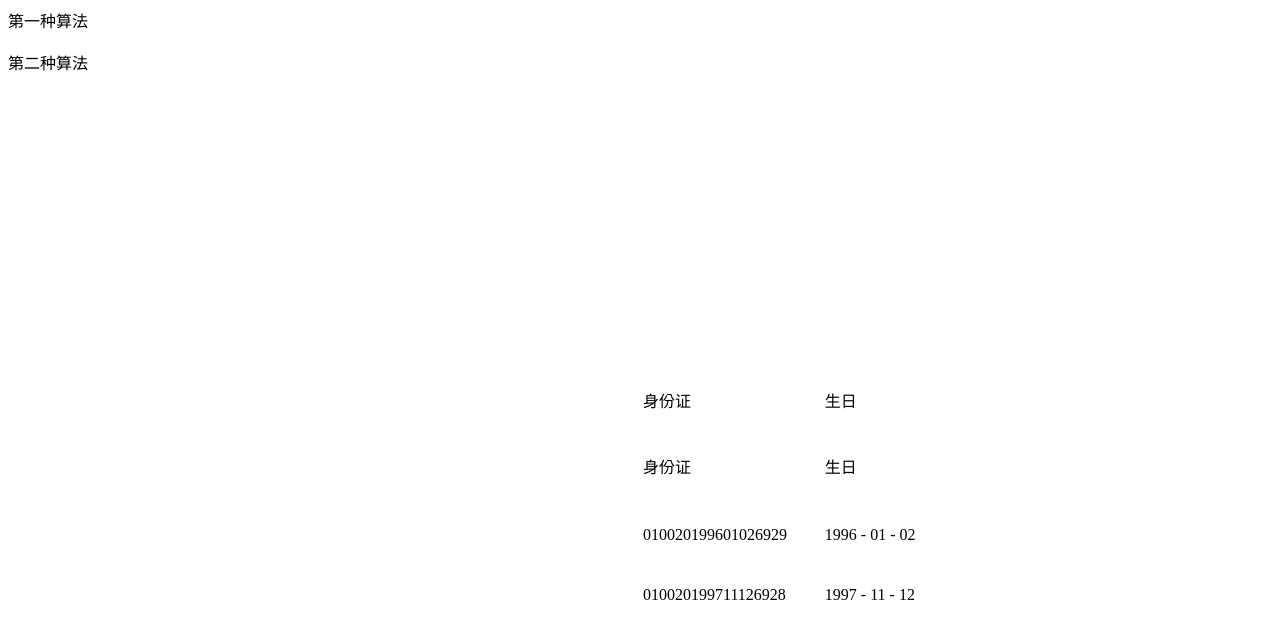
Repository: Fuhai-Chen/javaweb
Page: http://localhost/Chapter_3/transBirthday.jsp
The author's editor kept a copy of each file at every save. The page is drawn from the files as they stood at one save, then again after a run of saves.
The browser window is 1280 px wide. The pictures show the whole page.
The page is served by Tomcat 9.

Above is the page before, as saved 2020-09-20 06:23:04.

### Chapter_3/WebRoot/transBirthday.jsp
<%@ page language="java" import="java.util.*" pageEncoding="UTF-8"%>
<%
String path = request.getContextPath();
String basePath = request.getScheme()+"://"+request.getServerName()+":"+request.getServerPort()+path+"/";
%>

<!DOCTYPE HTML PUBLIC "-//W3C//DTD HTML 4.01 Transitional//EN">
<html>
  <head>
    <base href="<%=basePath%>">

    <style type="text/css">
    	.tb1,.tb2{
    		border:1;
    		background: #fff;
    		position: absolute;
    	 	left:50%;
    	 	top:50%;
    	 	width:300px;
    	 	height:200px;
    	}
    	.tb2{
    		position: relative;
    		left:50%;
    		top:50%
    	}
    </style>

    <title>身份证转生日页面</title>

	<meta http-equiv="pragma" content="no-cache">
	<meta http-equiv="cache-control" content="no-cache">
	<meta http-equiv="expires" content="0">
	<meta http-equiv="keywords" content="keyword1,keyword2,keyword3">
	<meta http-equiv="description" content="This is my page">
	<!--
	<link rel="stylesheet" type="text/css" href="styles.css">
	-->

  </head>

  <body>
  第一种算法<br>
  	<!-- 编写思路：
  			1、使用String数组存储id数据。
  			2、分别对数据调用substring()方法。
  			3、利用<tabel>表单构建表格显示文字。
  	 -->
  	 <!-- 这里调用了Scriptlet（脚本代码段） -->
  	 <% String id [] = {"010020199601026929","010020199711126928"}; %>
  	 <table class = "tb1">
  	 	<tr>
  	 		<td>身份证</td>
  	 		<td>生日</td>
  	 	</tr>

  	 	<tr>
  	 		<td>
  	 			<%= id[0] %>
  	 		</td>
  	 		<!--
  	 			substring()方法: 返回字符串的子字符串
  	 			(可理解为python的数组切片，但只能用于单个字符串类型数据)注意S是小写
  	 			语法：

  	 			public String substring (int beginIndex)
  	 			or
  	 			public String substring (int beginIndex, int endIndex)
  	 			beginIndex起始索引，从0开始；endIndex结束索引，不包括该值。
  	 		 -->
			<td>
				<!-- 这里调用了表达式 -->
				<%= id[0].substring(6,10)  %> - <%= id[0].substring(10,12) %> - <%= id[0].substring(12,14) %>
			</td>
  	 	</tr>

  	 	<tr>
  	 		<td>
  	 			<%= id[1] %>
  	 		</td>
  	 		<td>
  	 			<%= id[1].substring(6,10)  %> - <%= id[1].substring(10,12) %> - <%= id[1].substring(12,14) %>
  	 		</td>
  	 	</tr>
  	 </table>

  	 <br>
  	 	第二种算法<br>
  	 	<!-- 使用for循环来遍历数组执行显示操作，更适合实际应用(修订日期：9.20) -->
  	 <table class = "tb2">
  	 	<tr>
  	 		<td>身份证</td>
  	 		<td>生日</td>
  	 	</tr>
  	 	<!-- For loop call -->
  	 <% for(int i = 0; i < id.length; i ++){ %>
  	 	<tr>
  	 		<td>
  	 			<%= id[i] %>
  	 		</td>
  	 		<td>
  	 			<%= id[i].substring(6,10)  %> - <%= id[i].substring(10,12) %> - <%= id[i].substring(12,14) %>
  	 		</td>

  	 	</tr>
  	 	<%} %>

  	 </table>
  </body>
</html>

After the next 2 saves:
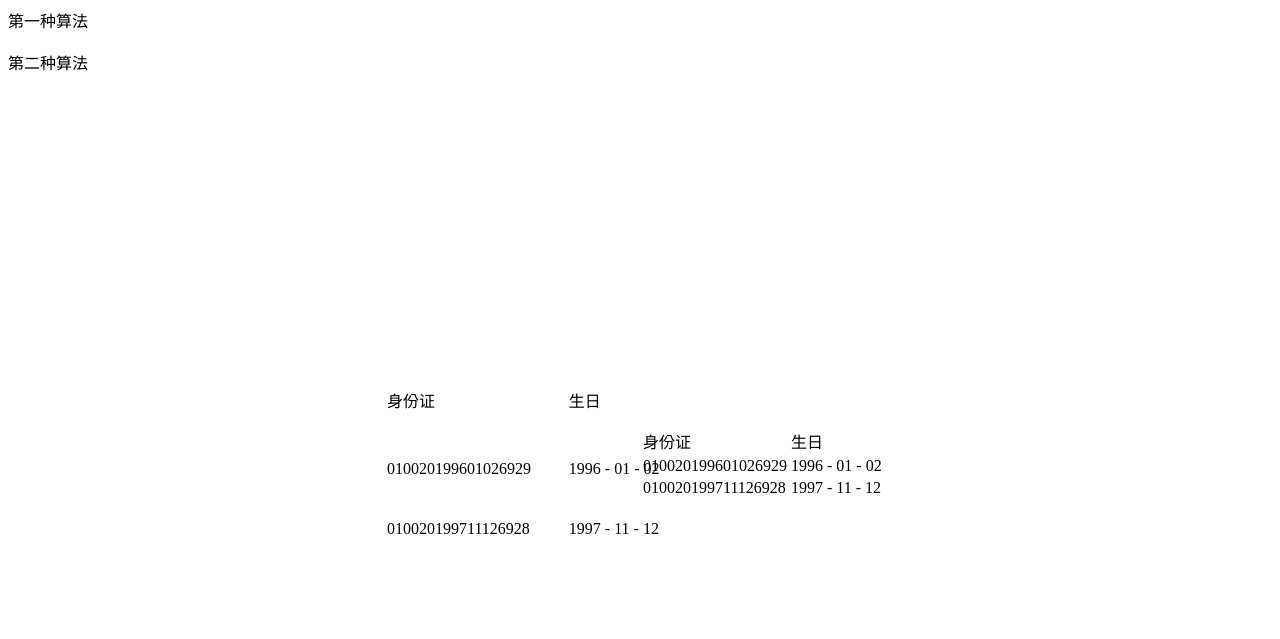
The 2 saves are shown as one change because they came seconds apart.
The last was saved 32 s later.
--- a/Chapter_3/WebRoot/transBirthday.jsp
+++ b/Chapter_3/WebRoot/transBirthday.jsp
@@ -10,11 +10,11 @@ String basePath = request.getScheme()+"://"+request.getServerName()+":"+request.
     <base href="<%=basePath%>">
 
     <style type="text/css">
-    	.tb1,.tb2{
+    	.tb1{
     		border:1;
     		background: #fff;
     		position: absolute;
-    	 	left:50%;
+    	 	left:30%;
     	 	top:50%;
     	 	width:300px;
     	 	height:200px;
